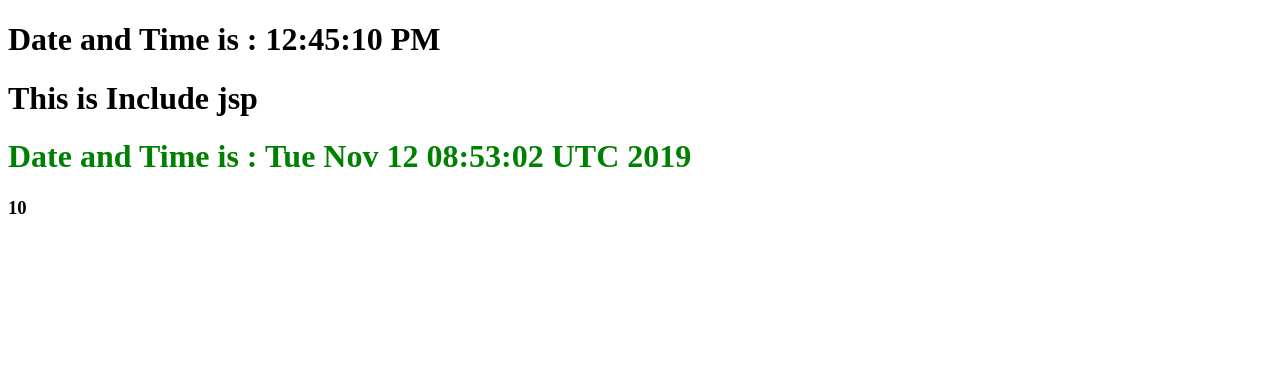
Repository: abhinavk718/servlet-project
Page: http://localhost/myfirstwebapp/incliude.jsp
These files come from the project's save history. The page is drawn as it stood at one moment and after the next save; the edit follows.
The browser window is 1280 px wide. The pictures show the whole page.
The page is served by Tomcat 9. Other server files are loaded and not shown.

Above is the page before, as saved 2019-11-18 09:52:12.

### myfirstwebapp/WebContent/incliude.jsp
<%@ page language="java" contentType="text/html; charset=ISO-8859-1"
    pageEncoding="ISO-8859-1"%>
    <%@include file="/index.html" %>
<!DOCTYPE html>
<html>
<head>
<meta charset="ISO-8859-1">
<title>Include JSP</title>
</head>
<body>
   <h1>This is Include jsp</h1>
   <jsp:include page="/index.jsp"></jsp:include>
</body>
</html>

### myfirstwebapp/WebContent/index.html
<!DOCTYPE html>
<html>
<head>
<meta charset="ISO-8859-1">
<title>Insert title here</title>
</head>
<body>
<h1>Date and Time is : 12:45:10 PM</h1>
</body>
</html>

### myfirstwebapp/WebContent/index.jsp
<!DOCTYPE html>
<%@page import="java.util.Date"%>
<%!
public void jspInit()
{
	System.out.println("this is init phase");
}
%>

<%!
public void jspDestroy()
{
	System.out.println("this is destroy phase");
}
%>
<html>
<head>
<%

Date date=new Date();
m();

%>
<%!
  public int i=10;
   public void m(){
	   System.out.println(i);
   }
%>
<meta charset="ISO-8859-1">
<title>Insert title here</title>
</head>
<body>
    <h1 style="color:green;">Date and Time is : <%=date%></h1>
    <h3><%=i %></h3>
</body>
</html>

After the next save:
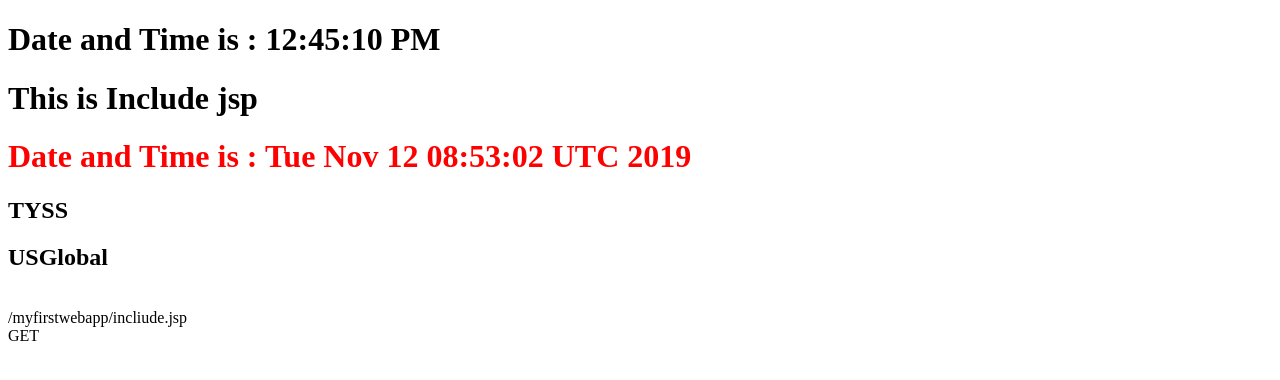
Saved 31 s later.
--- a/myfirstwebapp/WebContent/incliude.jsp
+++ b/myfirstwebapp/WebContent/incliude.jsp
@@ -9,6 +9,6 @@
 </head>
 <body>
    <h1>This is Include jsp</h1>
-   <jsp:include page="/index.jsp"></jsp:include>
+   <jsp:include page="/first"></jsp:include>
 </body>
 </html>
